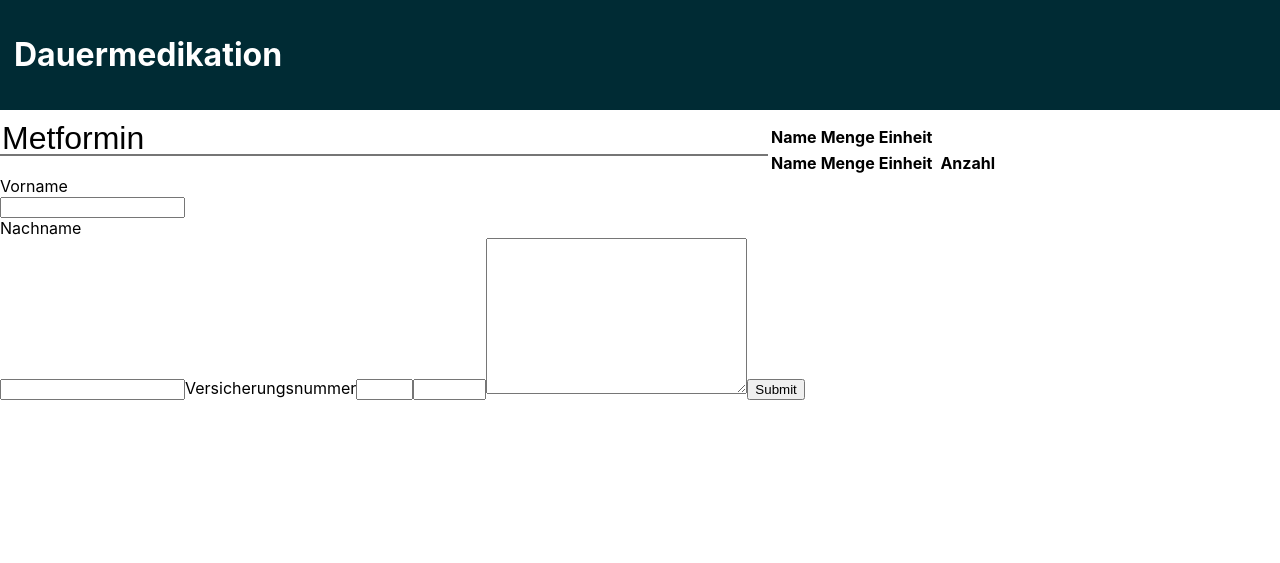
Repository: Esatollah/MedDemo
Page: / (app in client/)
These files come from the project's save history. The page is drawn as it stood at one moment and after the next save; the edit follows.
The browser window is 1280 px wide. The pictures show the whole page.
The page's requests for data from a server got no answer. The project was rebuilt for these pictures with package versions that can differ from the ones it lists, and the page was loaded fresh each time. No one was signed in, and anything a server would have sent is missing. Also part of the build but not shown: client/src/App.css, client/src/Routes/Bestellungen.jsx.

Above is the page before, as saved 2022-06-10 10:02:56.

### client/src/App.js
import './App.css';
import SearchBar from './Routes/Search';
import {BrowserRouter, Routes, Route} from 'react-router-dom'
import Bestellungen from './Routes/Bestellungen';
import ReactModal from 'react-modal';

ReactModal.setAppElement('#root')

function App() {
  return (
    <BrowserRouter>
    <Routes>
      <Route path='/' element={<div><SearchBar/></div>}/>
      <Route path='/bestellungen' element={<div><Bestellungen/></div>}/>
    </Routes>
    </BrowserRouter>
  );
}

export default App;

### client/src/Routes/Search.jsx
import React, { useState, useEffect } from 'react'
import DrugAPI from '../api/DrugAPI';
import Form from '../components/Form';
import Navbar from '../components/Navbar';
import { SearchWrap } from '../Styles/SearchStyles';


const Search = () => {

  const [searchinput, setSearchinput] = useState("Metformin");
  const [drugs, setDrugs] = useState([]);
  const [cartitems, setCartitems] = useState([]);

  useEffect(() => {
    const fetchData = async () => {
      try {
        const result = await DrugAPI.get(`/?drugsearch=${searchinput}`)
        setDrugs(result.data.meds)
      } catch (err) {
        console.error(err);
      }
    }

    fetchData();

  }, [searchinput])

  const handleDrugClick = (e, x) => {
    const is_in_cart = cartitems.some(y => {
      if (y.id === x.id) {
        return true;
      }

      return false;
    })

    if (is_in_cart) {
      return
    }
    let temp = { ...x, anzahl: "1" }
    setCartitems([...cartitems, temp]);
  }

  const handleDelete = (e, x, index) => {
    let temp = [...cartitems]

    temp.splice(index, 1);

    setCartitems(temp);
  }

  const handleCountchange = (e, x, index) => {
    let temps = [...cartitems]
    let temp = {
      ...temps[index],
      anzahl: e.target.value
    }
    temps[index] = temp
    setCartitems(temps);

  }


  return (
    <>
      <Navbar />
      <div className='order-container'>
        <SearchWrap>
          <input type="search" placeholder="Suche" id="search" value={searchinput} onChange={e => setSearchinput(e.target.value)} />
          <div className='search-container'>
            <div className='table-container'>
              <table className='drugtable'>
                <thead>
                  <tr>
                    <th scope='col'>
                      Name
                    </th>
                    <th scope='col'>Menge</th>
                    <th scope='col'>Einheit</th>
                    <th scope='col'></th>
                  </tr>
                </thead>
                <tbody>
                  {drugs && drugs.map((x) => {
                    return (
                      <tr key={x.id} className="drug-row" >
                        <td className={x.name}>{x.name}</td>
                        <td>{x.menge}</td>
                        <td>{x.mengenart}</td>
                        <td><button onClick={(e) => { handleDrugClick(e, x) }}>+</ button></td>
                      </tr>
                    )
                  })}
                </tbody>

              </table>
            </div>

            <div className='cart-container'>
              <table>
                <thead>
                  <tr>
                    <th scope='col'>
                      Name
                    </th>
                    <th scope='col'>Menge</th>
                    <th scope='col'>Einheit</th>
                    <th scope='col'></th>
                    <th scope='col'>Anzahl</th>
                  </tr>
                </thead>
                <tbody>
                  {cartitems && cartitems.map((x, index) => {
                    if (x.abgabezahl) {
                      return (
                        <tr key={index} className="drug-row" >
                          <td>{x.name}</td>
                          <td>{x.menge}</td>
                          <td>{x.mengenart}</td>
                          <td><button onClick={(e) => handleDelete(e, x, index)}>-</button></td>
                          <td><select onChange={(e) => { handleCountchange(e, x, index) }}><option value="1">1</option><option value="2">2</option></select></td>
                        </tr>
                      )
                    }
                    return (
                      <tr key={index} className="drug-row" >
                        <td>{x.name}</td>
                        <td>{x.menge}</td>
                        <td>{x.mengenart}</td>
                        <td><button onClick={(e) => handleDelete(e, x, index)}>-</button></td>
                        <td>1</td>
                      </tr>
                    )
                  })}
                </tbody>
              </ table>
            </div>
          </div>
        </SearchWrap>
      </div>

      <Form cartitems={cartitems} setCartitems={setCartitems} />
    </>
  )
}

export default Search

### client/src/api/DrugAPI.js
import axios from 'axios'

export default axios.create({
    baseURL: "http://localhost:5000/api"
})

### client/src/components/Form.jsx
import React, {useState}from 'react'
import DrugAPI from '../api/DrugAPI'

const Form = props => {

    const [fname, setFname] = useState('');
    const [lname, setLname] = useState('');
    const [vpin, setVpin] = useState('');
    const [vbday, setVbday] = useState('');
    const [anmerkungen, setAnmerkungen] = useState('');

    const handleSubmit = (e) => {

        e.preventDefault();
        const formdata = {
            fname,
            lname,
            vpin,
            vbday,
            anmerkungen
        }

        const fetchData = async () =>{
            try {
            await DrugAPI.post("/", {drugs:{...props.cartitems}, ...formdata})
            } catch (error) {
                console.error(error);
            }
    }

    fetchData();

    setFname('');setLname('');setVpin('');setVbday('');setAnmerkungen('');
    props.setCartitems([]);

}


  return (
    <div>
        <form onSubmit={(e) =>handleSubmit(e)}>
            <label htmlFor="fname">Vorname</label><br/>
            <input type="text" value={fname} id="fname" name="fname" onChange={(e)=> setFname(e.target.value)}required/><br/>
            <label htmlFor="lname">Nachname</label><br />
            <input type="text" id="lname" value={lname} onChange={(e) => setLname(e.target.value)}name="lname" required />
            <label htmlFor="pin">Versicherungsnummer</label>
            <input type="text" id="pin" value={vpin} onChange={(e) => setVpin(e.target.value)} name="pin" size="4" minLength="4"maxLength="4" required/>
            <input type="text" id="bday" value={vbday} onChange={(e) => setVbday(e.target.value)} name="bday" size="6" minLength={6} maxLength={6} required/>
            <textarea value={anmerkungen} onChange={(e) => setAnmerkungen(e.target.value)} name="message" rows="10" cols="30" className='textarea'>
            </textarea>
            <input type="submit" value="Submit" ></input><br />
        </form>
    </div>

  )
}

export default Form

### client/src/components/Navbar.jsx
import React from 'react'
import { NavWrap } from '../Styles/NavbarStyles'
const Navbar = () => {
  return (
    <NavWrap>
        <h1>Dauermedikation</h1>
    </NavWrap>
  )
}

export default Navbar

### client/src/Styles/SearchStyles.js
import styled from 'styled-components';

export const SearchWrap = styled.div`

    justify-content: center;
    display: flex;
    flex-direction: row;

    #search {
    width:80%;
    height: 2rem;
    outline:none;
    border-top: hidden;
    border-right: hidden;
    border-left: hidden;
    font-size: 2rem;
}

.table-container {
    max-height: 200px;
    max-width: 80%;
    min-width:80%;
    overflow-y: auto;
}


.search-container {
    max-width:40%;
}

.drug-row:hover {
    background-color: beige;
}

.search-container {
    width: 90%;


}

`;

### client/src/Styles/NavbarStyles.js
import styled from "styled-components"

export const NavWrap = styled.div`
    width:100%;
    padding: 14px 0;
    background-color: #002b34;
    margin-bottom: 14px;
    h1 {
        margin-left: 14px;
        color: #fff
    }
`;

Loaded but not shown: client/public/index.html (common file); client/src/index.js (common file); client/src/index.css (common file)

After the next save:
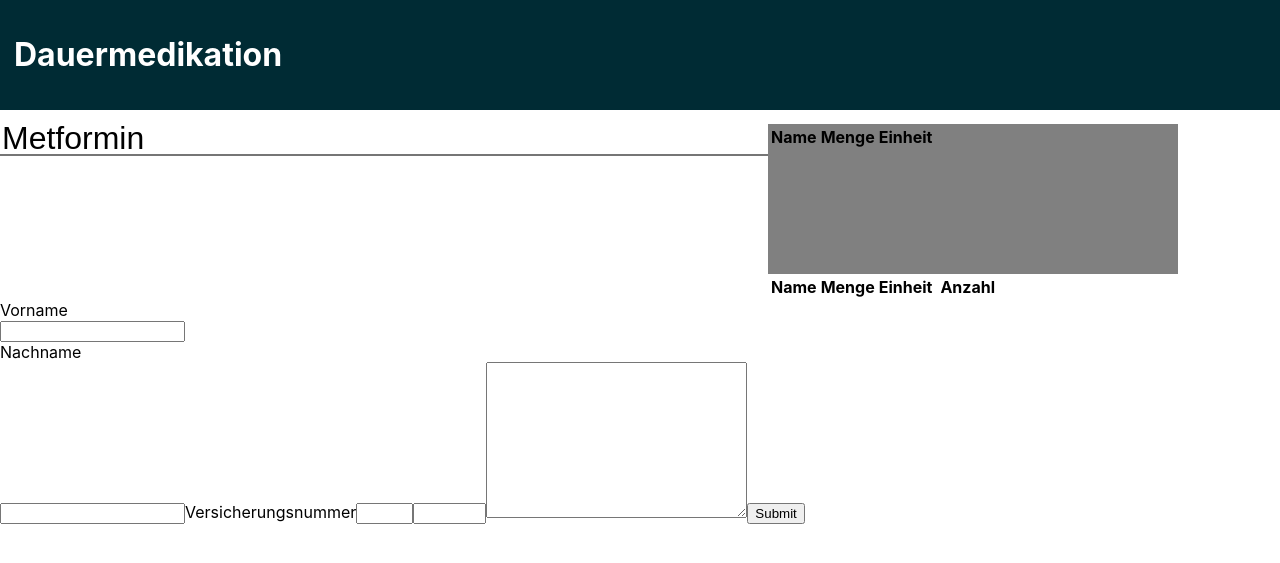
Saved 76 s later.
--- a/client/src/Styles/SearchStyles.js
+++ b/client/src/Styles/SearchStyles.js
@@ -34,7 +34,12 @@ export const SearchWrap = styled.div`
 
 .search-container {
     width: 90%;
+    .table-container {
+        width :100%;
+        height: 150px;
+        background-color:gray;
 
+    }
 
 }
 
